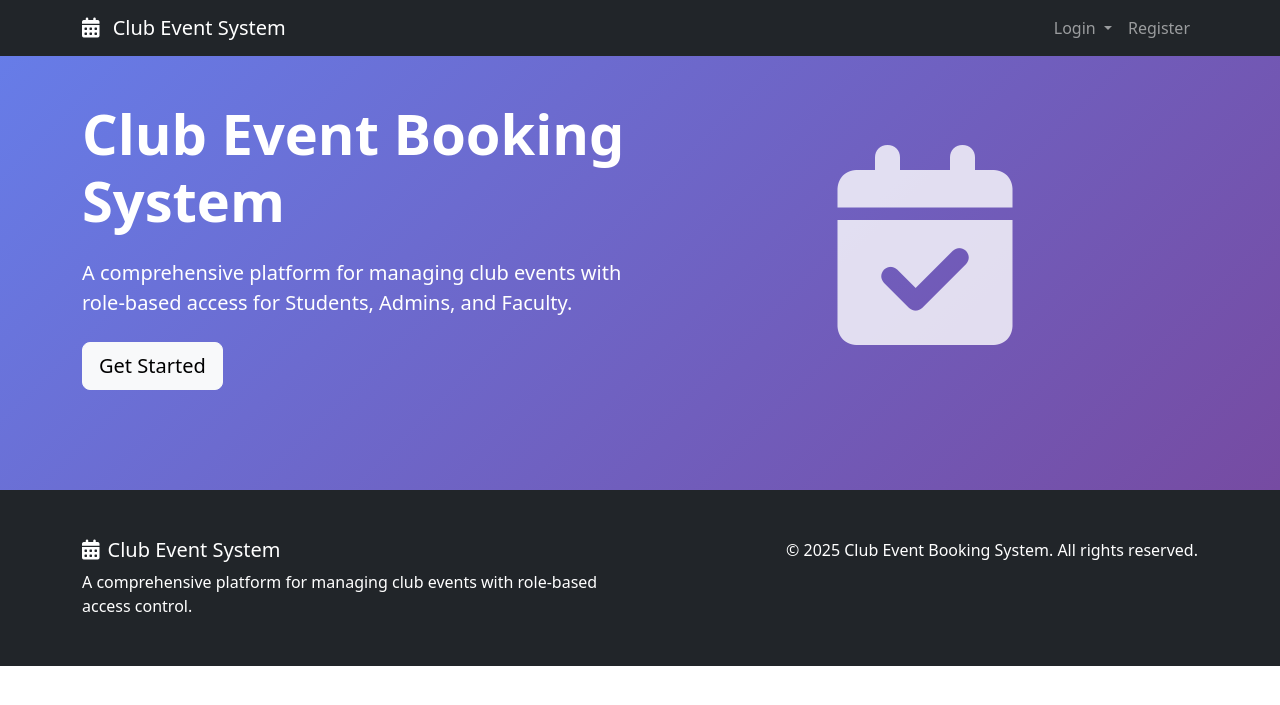
Repository: vipinsamy-sys/clubevent
Page: public/index.html
An editor plug-in stored every save of this project. The page is shown before and after the next save, followed by the edit.
The browser window is 1280 px wide. The pictures show the whole page.

Above is the page before, as saved 2025-10-20 11:46:09.

After the next save:
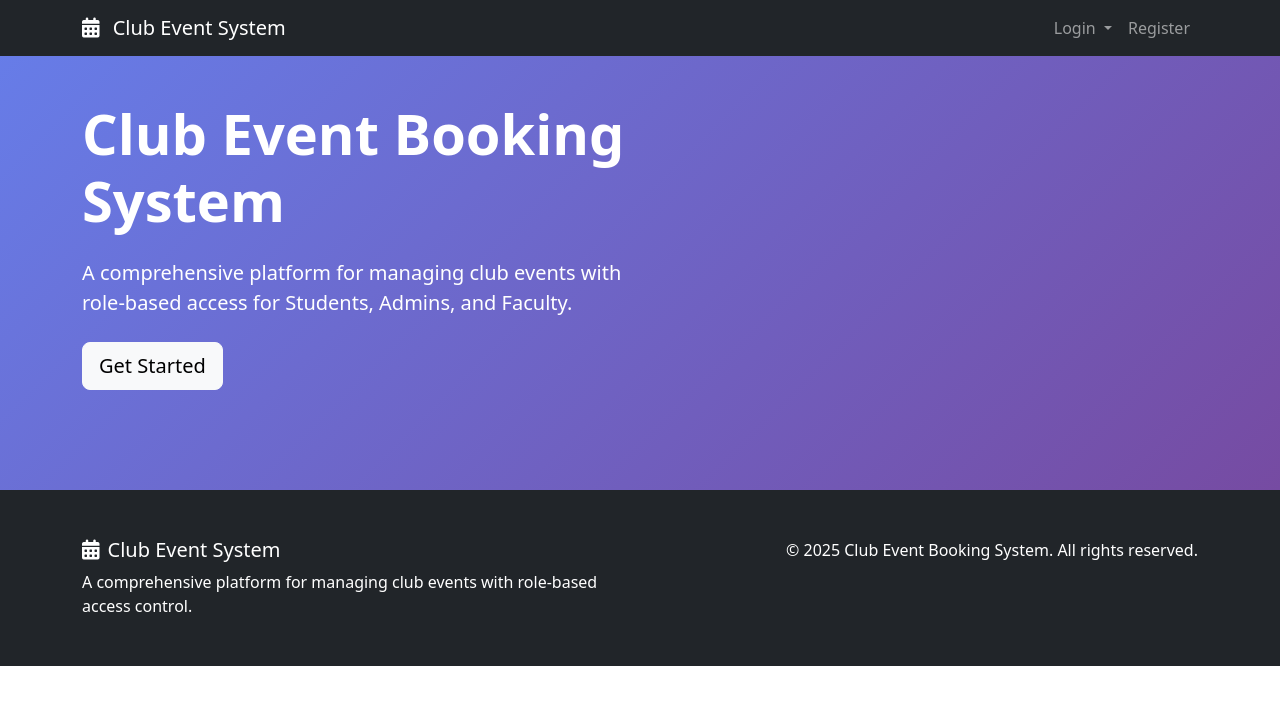
Saved 90 min 40 s later.
--- a/public/index.html
+++ b/public/index.html
@@ -91,11 +91,7 @@
 
                     </div>
                 </div>
-                <div class="col-lg-6">
-                    <div class="text-center">
-                        <i class="fas fa-calendar-check" style="font-size: 200px; opacity: 0.8;"></i>
-                    </div>
-                </div>
+
             </div>
         </div>
     </section>
